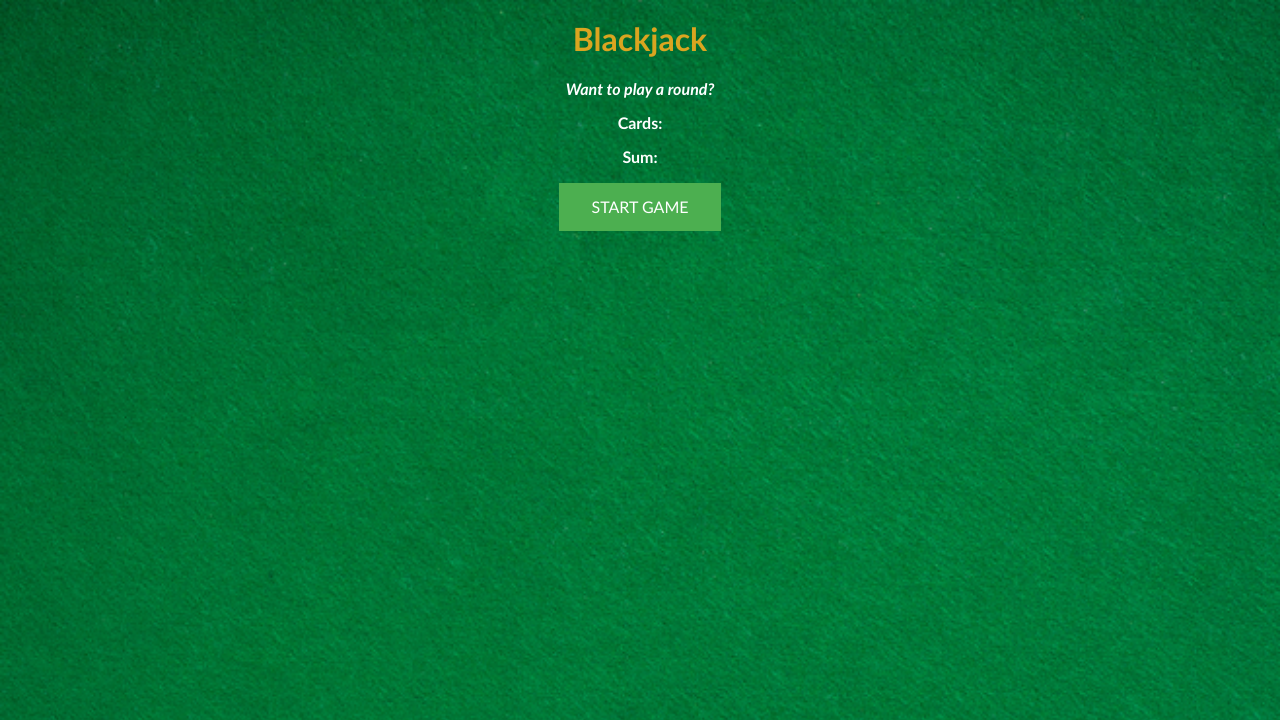
Repository: jt010051/JavaScriptBlackJack
Page: index.html
The author's editor kept a copy of each file at every save. The page is drawn from the files as they stood at one save, then again after the next save.
The browser window is 1280 px wide. The pictures show the whole page.

Above is the page before, as saved 2022-02-26 17:54:08.

After the next save:
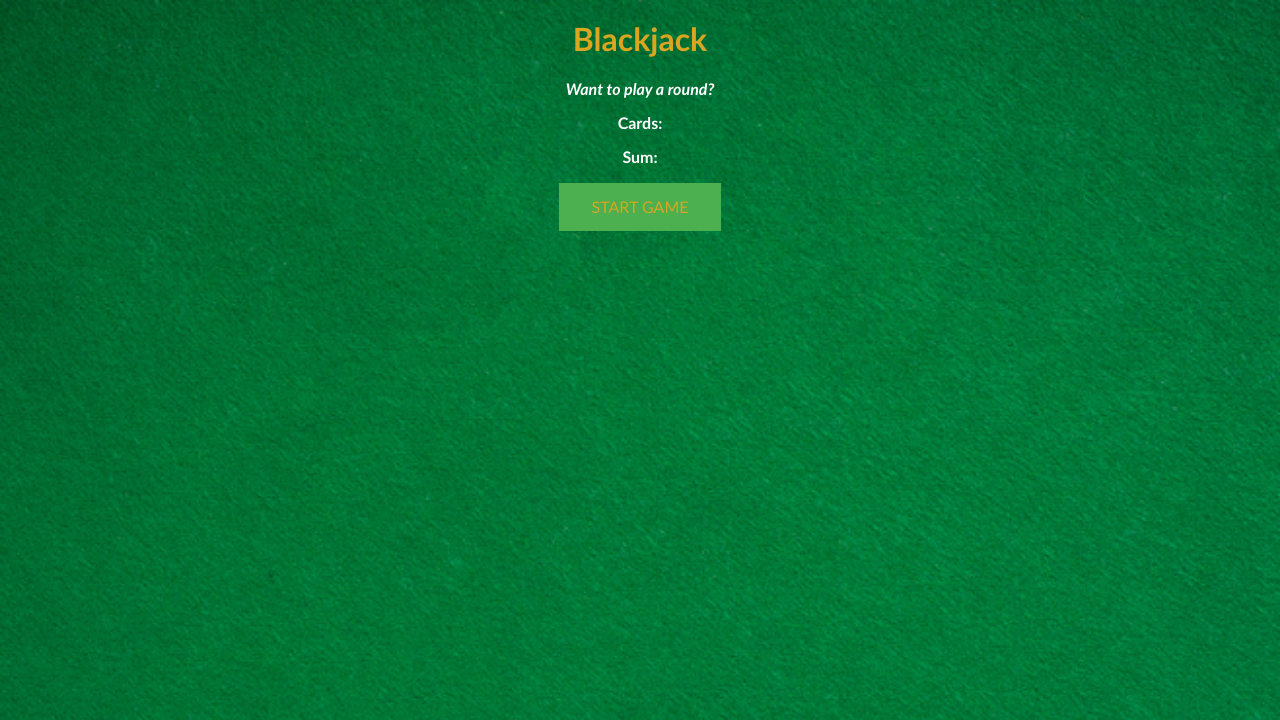
Saved 13 s later.
--- a/index.css
+++ b/index.css
@@ -21,7 +21,7 @@ h1 {
 button {
     background-color: #4CAF50; /* Green */
     border: none;
-    color: white;
+    color: goldenrod;
     padding: 15px 32px;
     text-align: center;
     text-decoration: none;
